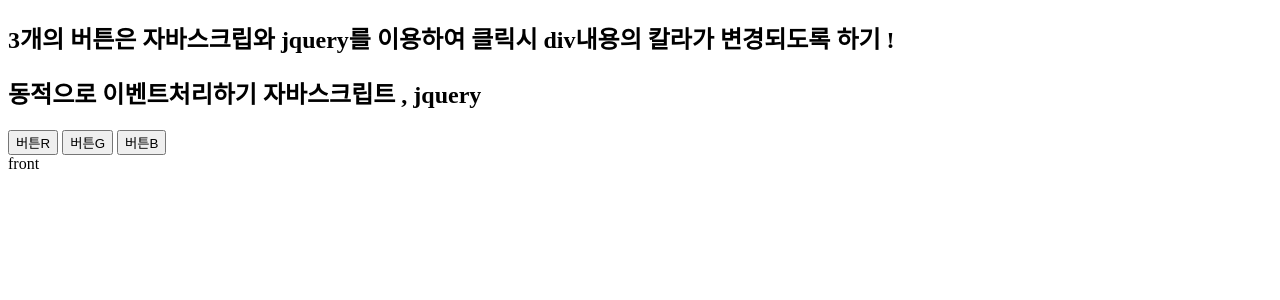
Repository: LeeJungHoon1/javaWeb
Page: ajaxPrj_09_6/src/main/webapp/실습과제.html
An editor plug-in stored every save of this project. The page is shown before and after the next save, followed by the edit.
The browser window is 1280 px wide. The pictures show the whole page.
After loading, the first visible `#btn1` was clicked once.

Above is the page before, as saved 2023-09-06 02:31:47.

After the next save:
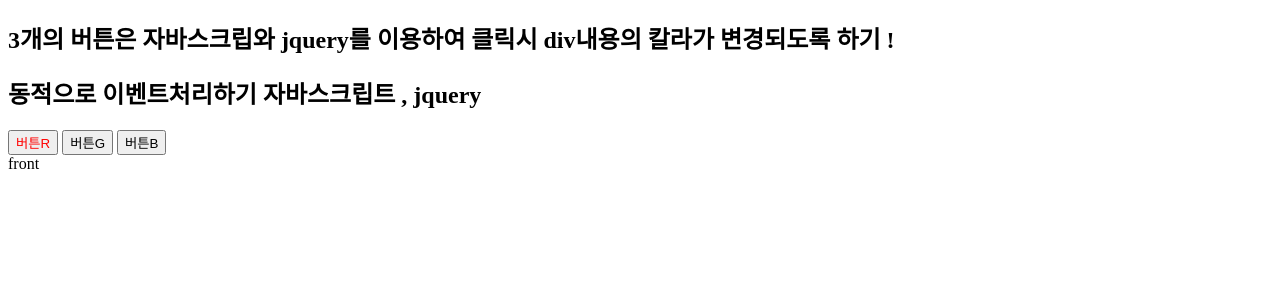
Saved 31 s later.
--- a/ajaxPrj_09_6/src/main/webapp/실습과제.html
+++ b/ajaxPrj_09_6/src/main/webapp/실습과제.html
@@ -6,7 +6,8 @@
 <script>
 
 	function change1(){
-		document.getElementById("btn1");
+		let div = document.getElementById("btn1");
+		div.style.color="red";
 	}
 
 
